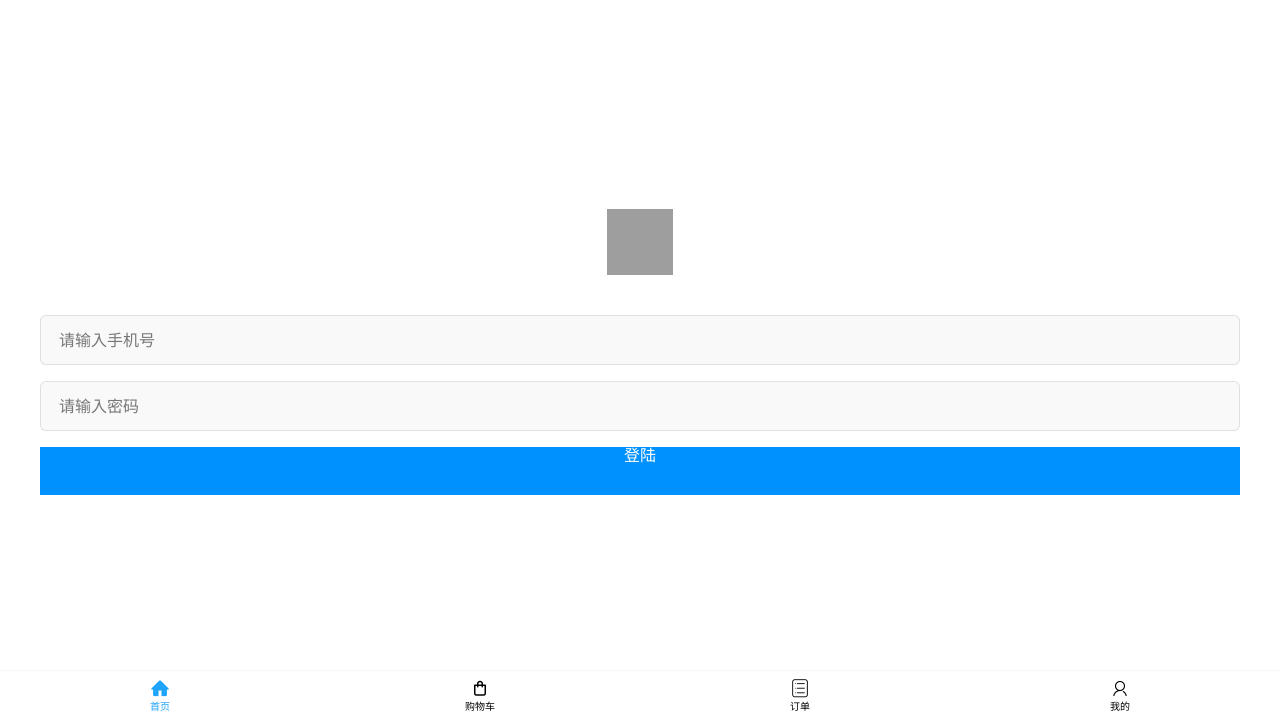
Repository: nestzero/mallapp
Page: /#/login
An editor plug-in stored every save of this project. The page is shown before and after the next save, followed by the edit.
The browser window is 1280 px wide. The pictures show the whole page.
Pictures or frames that could not be fetched are drawn as grey boxes. The project was rebuilt for these pictures with package versions that can differ from the ones it lists, and the page was loaded fresh each time. Also part of the build but not shown: vue.config.js.

Above is the page before, as saved 2022-03-07 22:49:45.

### src/main.js
import { createApp } from 'vue'
import App from './App.vue'
import router from './router'
import store from './store'

import 'normalize.css'
import '@/assets/css/base.scss'

import '@/assets/font/iconfont.css'

createApp(App).use(store).use(router).mount('#app')

### src/App.vue
<template>
  <div id="app">
    <router-view/>

    <main-bar></main-bar>
  </div>

</template>

<script>
import MainBar from "@/components/common/MainBar/MainBar";
export default {
  components:{
    MainBar,
  }
}
</script>

<style lang="scss" scoped>
</style>

### src/router/index.js
import { createRouter, createWebHashHistory } from 'vue-router'

const home=()=>import('@/views/home/home');
const login=()=>import('@/components/content/login/login')
const my=()=>import('@/views/my/my');

const routes = [
  {
    path:'',
    redirect: '/home',
  },
  {
    path:'/home',
    component:home,
  },
  {
    path:'/login',
    component:login
  },
  {
    path:'/my',
    component:my
  }
]

const router = createRouter({
  history: createWebHashHistory(),
  routes
})

export default router

### src/assets/css/base.scss
html{
  font-size: 100px;
}

body{
  font-size: .12rem;
}

### src/assets/font/iconfont.css
@font-face {
  font-family: "iconfont"; /* Project id 3226171 */
  src: url('iconfont.woff2?t=1647138805740') format('woff2'),
       url('iconfont.woff?t=1647138805740') format('woff'),
       url('iconfont.ttf?t=1647138805740') format('truetype');
}

.iconfont {
  font-family: "iconfont" !important;
  font-size: 16px;
  font-style: normal;
  -webkit-font-smoothing: antialiased;
  -moz-osx-font-smoothing: grayscale;
}

.icon-plus-circle:before {
  content: "\e781";
}

.icon-minus-circle:before {
  content: "\e677";
}

.icon-enter:before {
  content: "\e78c";
}

.icon-back:before {
  content: "\e697";
}

.icon-search:before {
  content: "\e65c";
}

.icon-bell:before {
  content: "\e628";
}

.icon-weibiaoti-3:before {
  content: "\e601";
}

.icon-my:before {
  content: "\e78b";
}

.icon-orders:before {
  content: "\e64b";
}

.icon-home:before {
  content: "\e612";
}

.icon-cart:before {
  content: "\e638";
}

### src/components/common/MainBar/MainBar.vue
<template>
  <div id="mainBar">
    <div
      class="mainBar_item"
      v-for="(item, index) in nav"
      :key="index"
      :class="{ actived: index == navIndex }"
      @click="toNewPath(item.path, index)"
    >
      <div :class="'iconfont '+item.iconfont"></div>
      <div class="mainBar_item_title">{{item.name}}</div>
    </div>
  </div>
</template>

<script>
export default {
  data() {
    return {
      navIndex: 0,
      nav: [
        { path: "/home", iconfont: "icon-home", name: "首页" },
        { path: "/", iconfont: "icon-cart", name: "购物车" },
        { path: "/", iconfont: "icon-orders", name: "订单" },
        { path: "/login", iconfont: "icon-my", name: "我的" },
      ],
    };
  },
  methods: {
    toNewPath(path, index) {
      this.navIndex = index;

      this.$router.push(path);
    },
  },
};
</script>

<style lang="scss" scoped>
#mainBar {
  display: flex;

  position: absolute;

  left: 0;
  bottom: 0;

  width: 100%;
  height: 0.49rem;

  border-top: 0.01rem solid #f6f6f6;

  z-index: 999;
}

.mainBar_item {
  flex: 1;

  text-align: center;

  .iconfont {
    font-size: 0.18rem;

    margin: 0.07rem 0 0.02rem 0;
  }

  &_title {
    font-size: 0.2rem;

    transform: scale(0.5, 0.5);
    transform-origin: center top;
  }
}

.actived {
  color: #1fa4fc;
}
</style>

### src/components/content/login/Login.vue
<template>
  <div id="login">
    <div class="wrapper">
      <img
        class="wrapper_img"
        src="http://www.dell-lee.com/imgs/vue3/user.png"
      />

      <div class="wrapper_input">
        <input class="wrapper_input_content" placeholder="请输入手机号" />
      </div>
      <div class="wrapper_input">
        <input class="wrapper_input_content" placeholder="请输入密码" />
      </div>
      <div class="wrapper_login-button">登陆</div>
    </div>
  </div>
</template>

<script>
export default {};
</script>

<style lang="scss" scoped>
@import '@/assets/css/viriables.scss';

.wrapper{
  position: absolute;
  top: 50%;
  left: 0;
  right: 0;
  transform: translateY(-50%);

  &_img {
    display: block;
    margin: 0 auto .4rem auto;
    width: .66rem;
    height: .66rem;
  }

  &_input{
    height: .48rem;

    border: 1px solid rgba(0,0,0,0.10);
    border-radius: 6px;

    background: #F9F9F9;

    margin: 0 .4rem .16rem .4rem;

    padding: 0 .16rem;


    &_content{
      width: 100%;

      color: $content-notice-fontcolor;
      line-height: .48rem;
      font-size: .16rem;

      border: none;
      outline: none;

      background: none;

      &::placeholder {
        color: $content-notice-fontcolor;
      }
    }
  }

  &_login-button{
    height: .48rem;


    text-align: center;
    color:#FFFFFF;
    font-size: 16px;
    font-family: 'PingFangSC-Regular';

    background-color: #0091FF;

    margin: 0 .4rem .16rem .4rem;
  }
}
</style>

### src/assets/css/viriables.scss
$content-fontcolor: #333;
$content-notice-fontcolor: #777;
$content-bgColor: #F1F1F1;

Loaded but not shown: public/index.html (common file); src/store/index.js (common file)

After the next save:
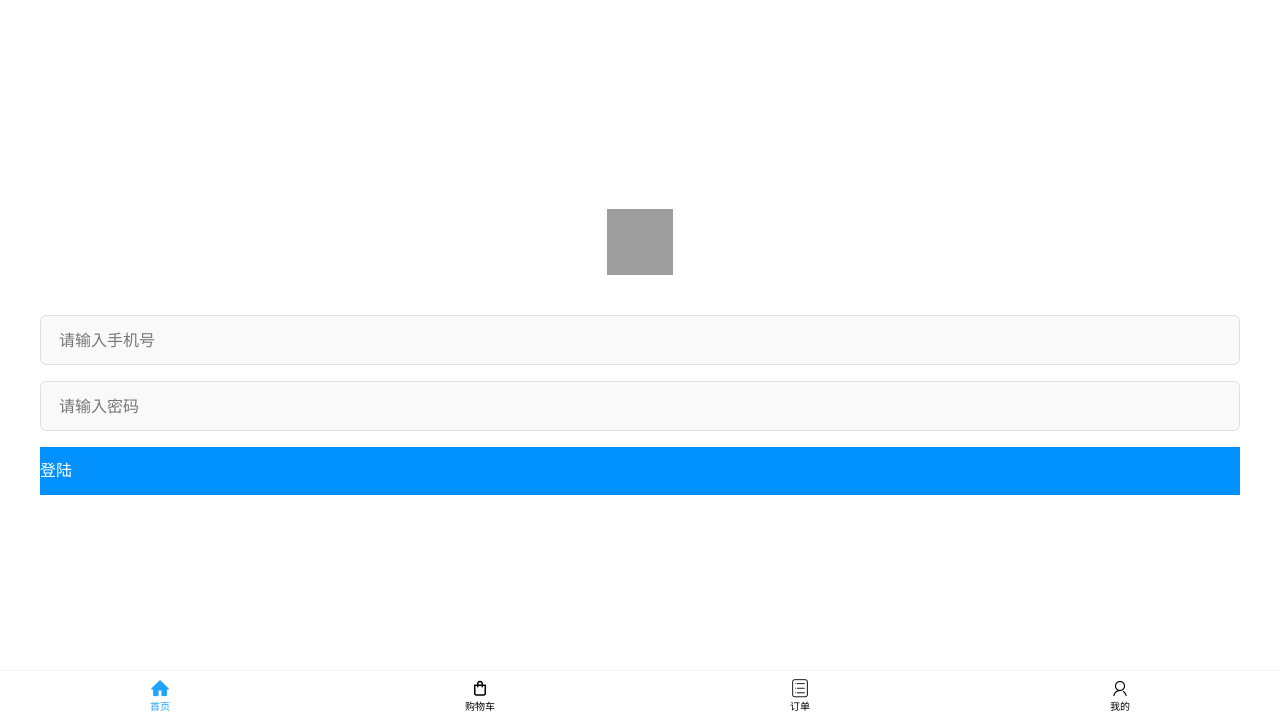
Saved 51 s later.
--- a/src/components/content/login/Login.vue
+++ b/src/components/content/login/Login.vue
@@ -73,7 +73,7 @@ export default {};
     height: .48rem;
 
 
-    text-align: center;
+    line-height: .48rem;
     color:#FFFFFF;
     font-size: 16px;
     font-family: 'PingFangSC-Regular';
